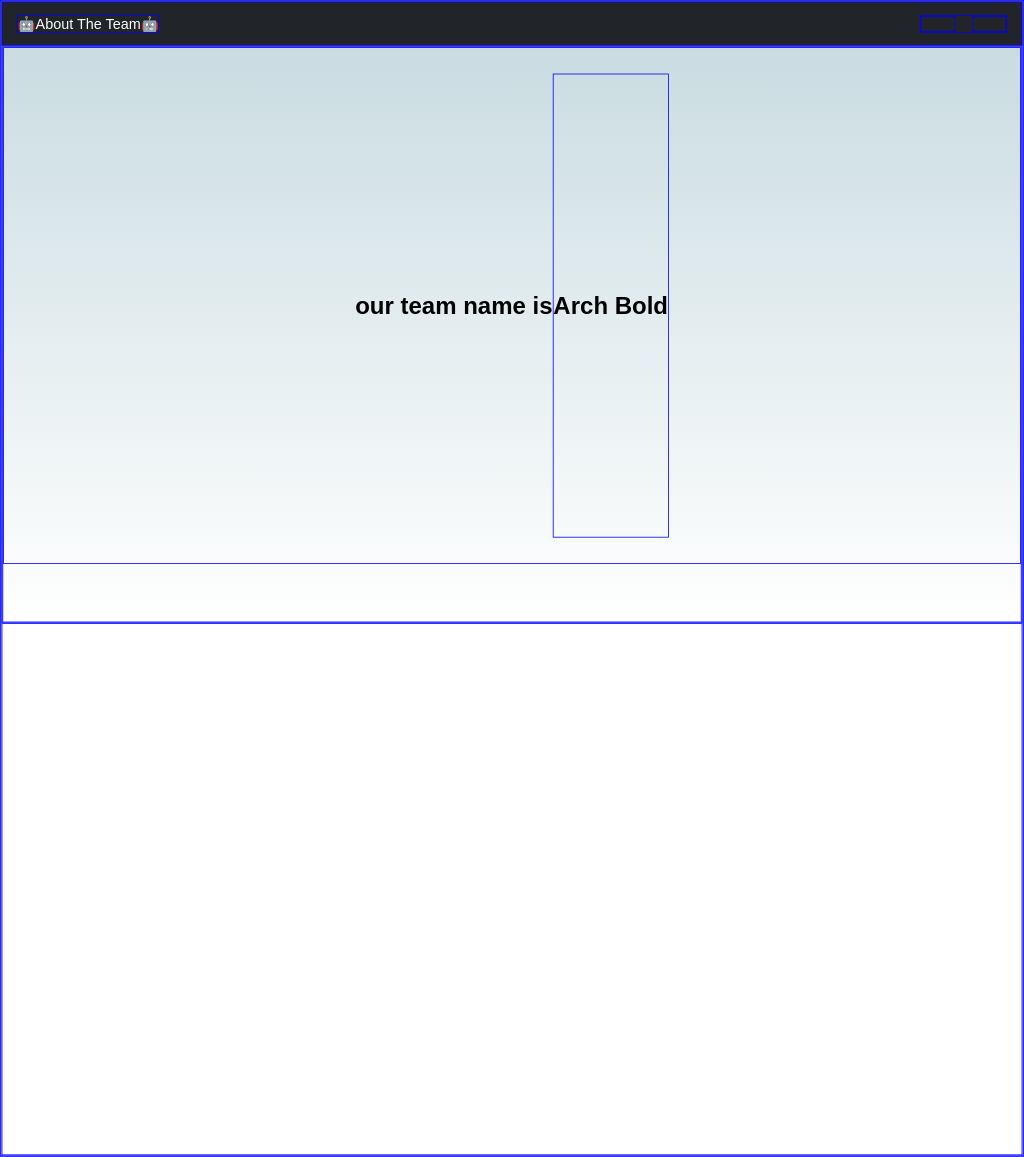
Repository: ammarsetiawan/gps-traker
Page: about.html
The author's editor kept a copy of each file at every save. The page is drawn from the files as they stood at one save, then again after a run of saves.
The browser window is 1280 px wide. The pictures show the whole page, at 80% of full size.

Above is the page before, as saved 2025-11-25 17:14:12.

After the next 15 saves:
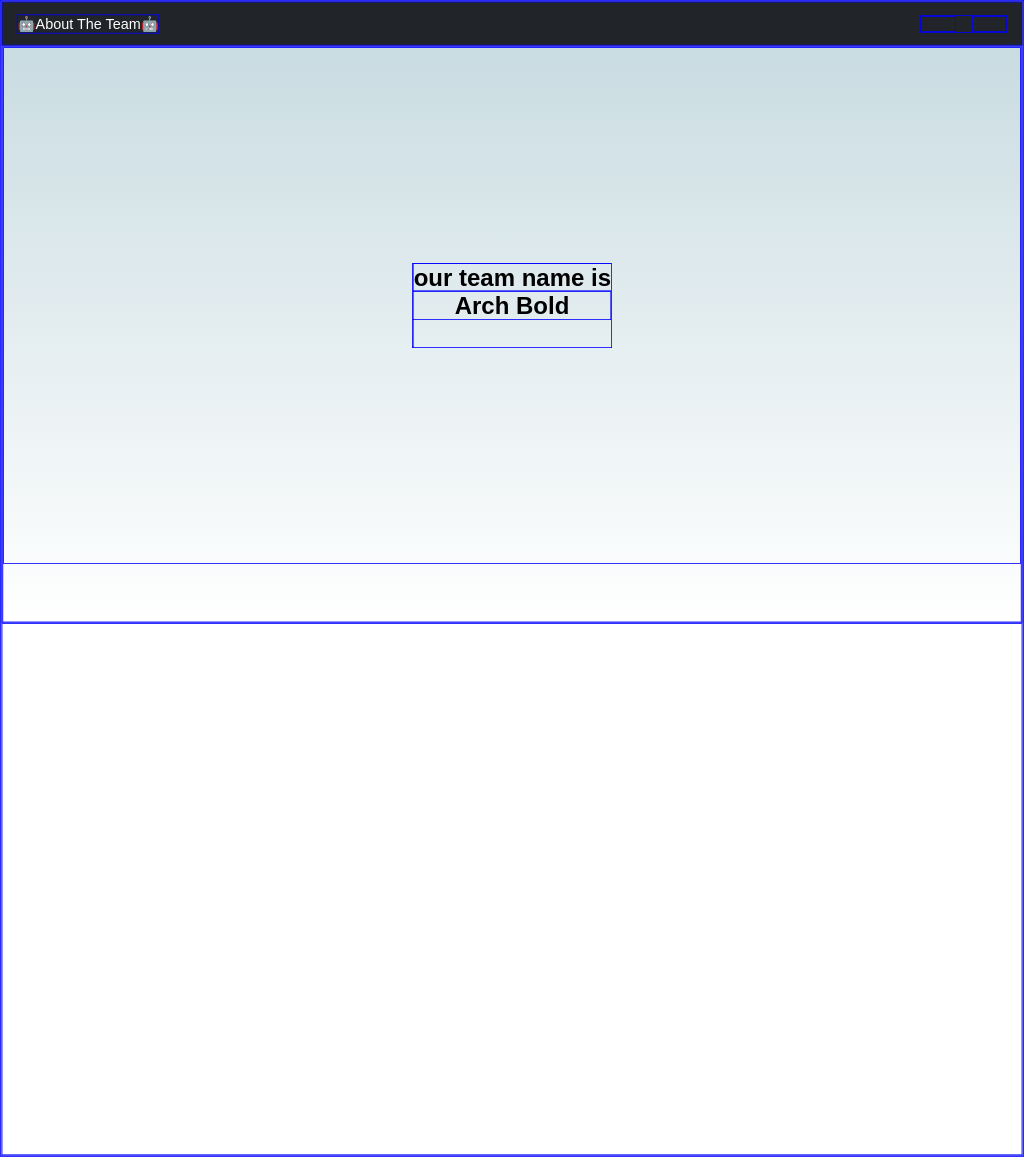
The 15 saves are shown as one change because they came seconds apart.
The last was saved 51 s later.
--- a/about.html
+++ b/about.html
@@ -143,9 +143,10 @@
     <section class="bg">
         <div class="background">
             <div class="container">
-                our team name is <span>Arch Bold</span>
+                <div>
+                    <div< /div>our team name is <span>Arch Bold</span>
+                </div>
             </div>
-        </div>
     </section>
 
     <div id="content"></div> <!-- ini nanti bisa jadi map atau konten lain -->
